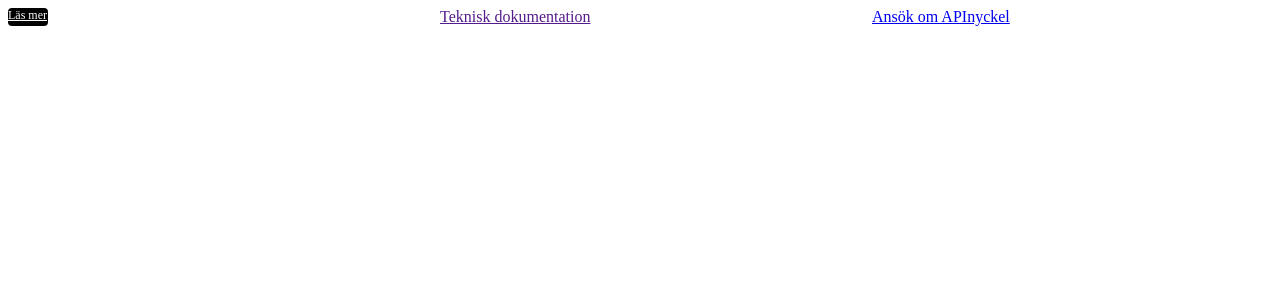
Repository: rudasn/docsy-cms-netlify
Page: layouts/partials/link.html
An editor plug-in stored every save of this project. The page is shown before and after the next save, followed by the edit.
The browser window is 1280 px wide. The pictures show the whole page.

Above is the page before, as saved 2021-05-11 12:45:28.

### layouts/partials/link.html

<style>
.button{
background-color: black;
border-radius: 4px;
text-align: start;
max-width: 10%;
max-height: auto;

font-size: 12px;


color: white

}
.bt_text {
color: white;}

.grid-container {
display: grid;
grid-template-columns: repeat(auto-fit, minmax(100px, 1fr ));

grid-gap: 32px;
grid-auto-flow: dense;

}
.link_right{
float: right;

}
/* Single column display for phones */
@media (max-width: 459px) {
    .grid-container {
      display: flex;
      flex-direction: column;
    }

}

</style>

<div class="grid-container p-0 ml-0">

    <a class="button" href="">Läs mer</a>

    <a class="link_right " href="">Teknisk dokumentation</a>

    <a class="link_right" href="https://apirequest.jobtechdev.se/">Ansök om APInyckel</a>

  </div>


<!--

<div >
    <div class="row m-0">
        <div class="column">
            <button class="list_btn">
                <a class ="bt_text"href="">Läs mer</a>
            </button>
        </div>
        <div class="column">
            <a href="">Teknisk dokumentation</a>
        </div>
        <div class="column">
            <a href="">Ansök om en APInyckel</a>
        </div>
    </div>

</div>
-->

After the next save:
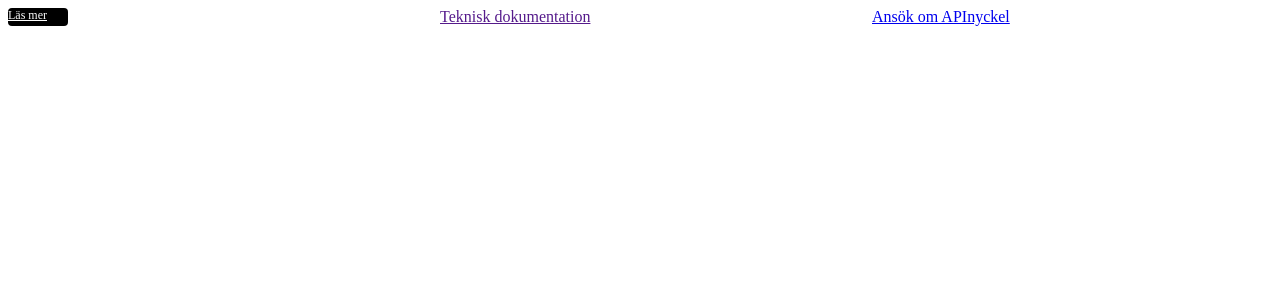
Saved 12 s later.
--- a/layouts/partials/link.html
+++ b/layouts/partials/link.html
@@ -4,7 +4,7 @@
 background-color: black;
 border-radius: 4px;
 text-align: start;
-max-width: 10%;
+max-width: 15%;
 max-height: auto;
 
 font-size: 12px;
